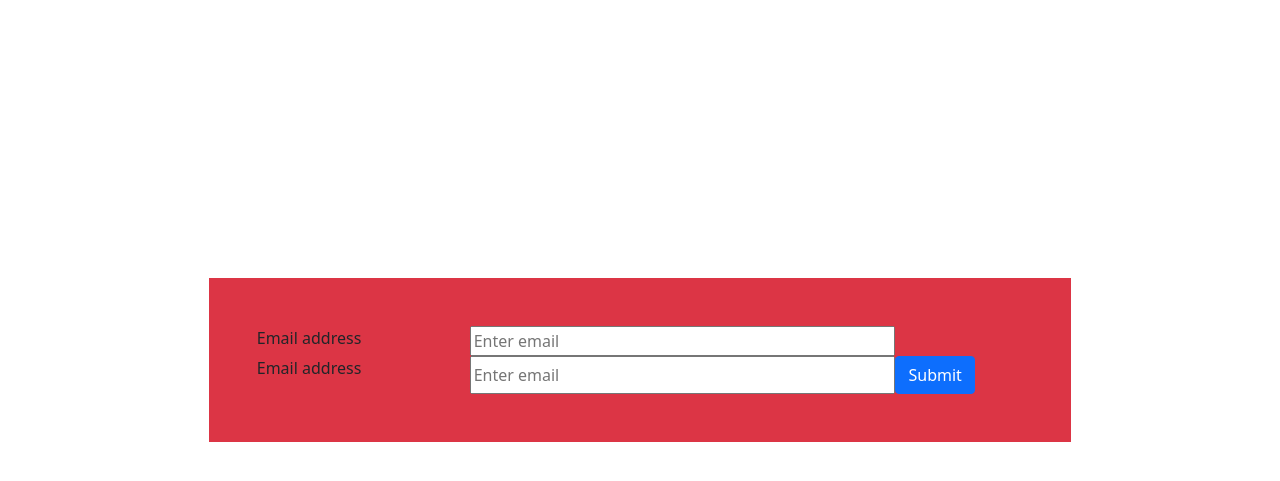
Repository: mariamkhaledsapra/E-Commerce-main
Page: /login
An editor plug-in stored every save of this project. The page is shown before and after a run of saves, followed by the edit.
The browser window is 1280 px wide. The pictures show the whole page.
The project was rebuilt for these pictures with package versions that can differ from the ones it lists, and the page was loaded fresh each time. Also part of the build but not shown: src/App.css, src/components/Navbar.jsx, src/App.js.

Above is the page before, as saved 2024-02-13 22:03:55.

After the next 2 saves:
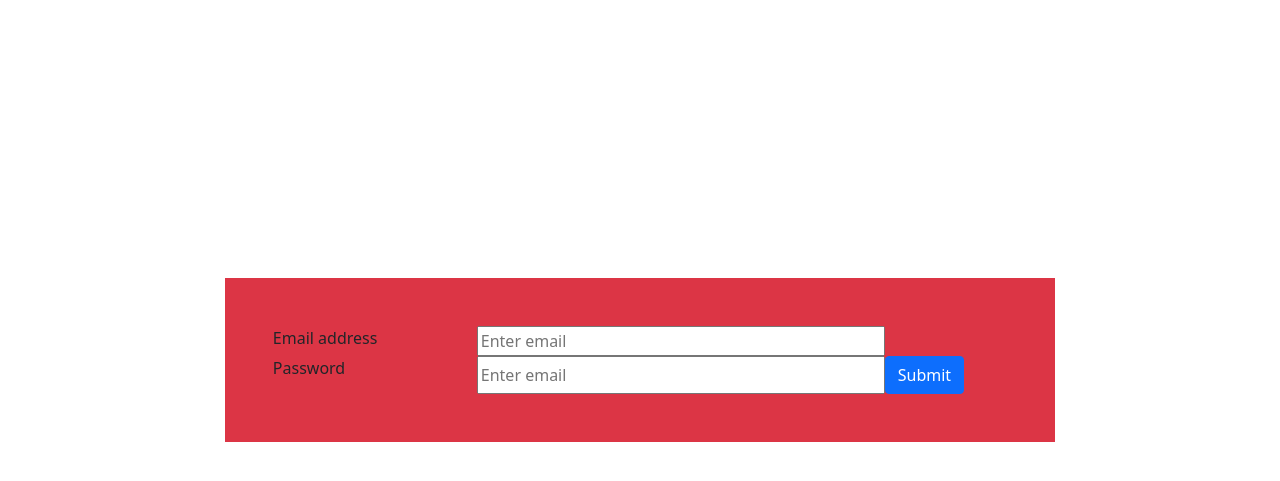
The 2 saves are shown as one change because they came seconds apart.
The last was saved 9 s later.
--- a/src/components/Login.jsx
+++ b/src/components/Login.jsx
@@ -18,7 +18,7 @@ const Login = () => {
         </div>
         <div class="d-flex col-10">
           <label for="email" class="col-4">
-            Email address
+            Password
           </label>
 
           <input
